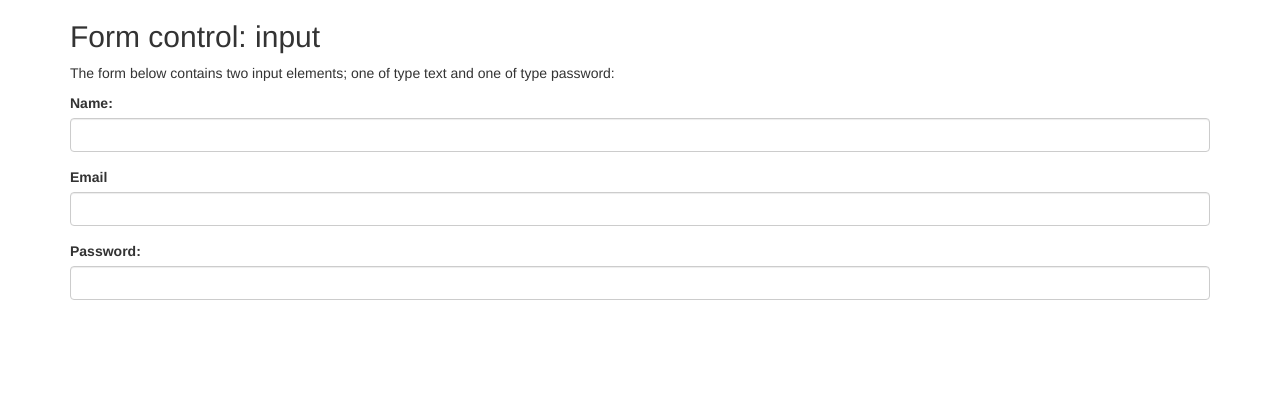
Repository: suvarsha/cognizant-projects
Page: BootStramp1/WebContent/profile.html
The author's editor kept a copy of each file at every save. The page is drawn from the files as they stood at one save, then again after the next save.
The browser window is 1280 px wide. The pictures show the whole page.

Above is the page before, as saved 2020-01-18 12:19:44.

After the next save:
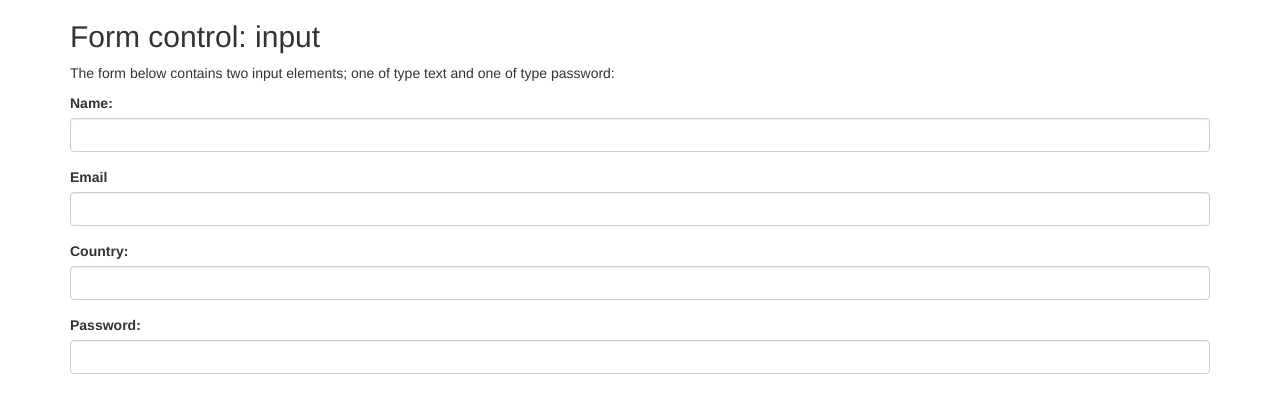
Saved 47 s later.
--- a/BootStramp1/WebContent/profile.html
+++ b/BootStramp1/WebContent/profile.html
@@ -22,7 +22,10 @@
       <label for="mail">Email</label>
       <input type="email" class="form-control" id="ml">
     </div>
-
+    <div class="form-group">
+      <label for="cnty">Country:</label>
+      <input type="text" class="form-control" id="cy">
+    </div>
     <div class="form-group">
       <label for="pwd">Password:</label>
       <input type="password" class="form-control" id="pwd">
